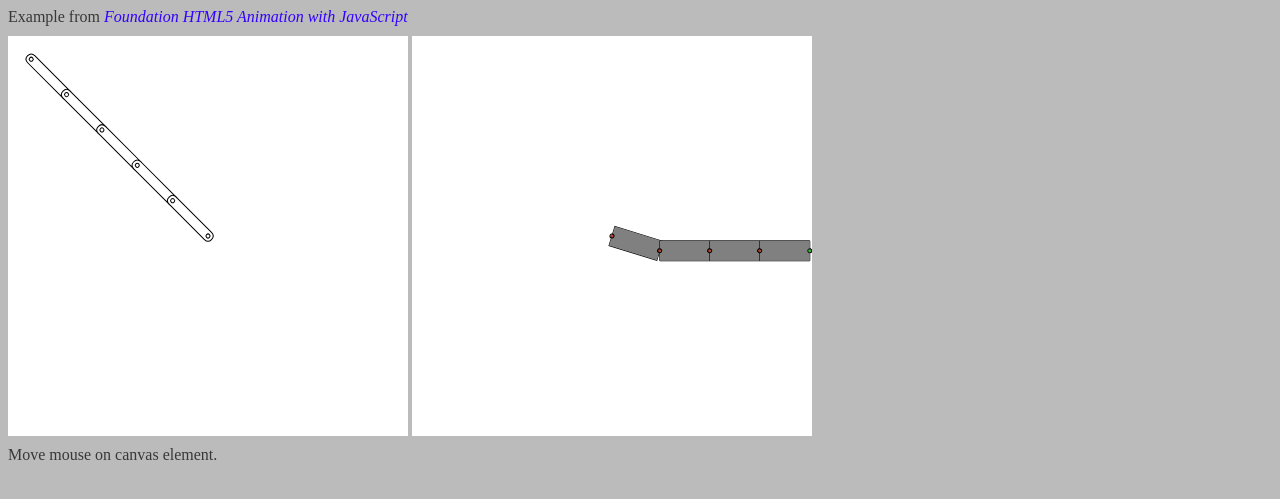
Repository: WebRTCGame/Kinematics-Character
Page: msr.html
The author's editor kept a record of every edit. The page is drawn from the files as they stood at one moment, then again after the next edit.
The browser window is 1280 px wide. The pictures show the whole page.

Above is the page before.

### msr.html
<!doctype html>
<html>

<head>
  <meta charset="utf-8">

  <link rel="stylesheet" href="./css/style.css">
</head>

<body>
  <header>
    Example from <a href="http://amzn.com/1430236655?tag=html5anim-20"><em>Foundation HTML5 Animation with JavaScript</em></a>
  </header>
  <canvas id="canvas" width="400" height="400"></canvas>
  <canvas id="canvas2" width="400" height="400"></canvas>
  <aside>Move mouse on canvas element.</aside>

  <script src="../js/utils.js"></script>
  <script src="./js/segment.js"></script>
  <script src="./js/bone.js"></script>
  <script src="./js/renderer.js"></script>
  <script>
    document.addEventListener("DOMContentLoaded", function() {
      console.log("loaded");
      console.log("started");
      var bone = new Bone("fred");
      //bone.x = 200;
      //bone.y = 200;
      //bone.rotation = Math.PI;

      bone.addChild(new Bone("angel")).addChild(new Bone("meeow")).addChild(new Bone("meeow2"));
      //bone.children.get("angel").addChild(new Bone("meeow"));
      //bone.getChild("angel").addChild(new Bone("aa1")).addChild(new Bone("aa2")).addChild(new Bone("aa3"));
      //bone.addChild(new Bone("wilma")).addChild(new Bone("fart"));
      bone.log();
      bone.translate(200, 200);
      var canvas2 = document.getElementById('canvas2'),
        context2 = canvas2.getContext('2d');
      bone.draw(context2);

      var canvas = document.getElementById('canvas'),
        context = canvas.getContext('2d'),
        mouse = utils.captureMouse(canvas),
        segments = [],
        numSegments = 5,
        target;

      while (numSegments--) {
        segments.push(new Segment(50, 10));
      }

      //center the last one
      segments[segments.length - 1].x = canvas.width / 2;
      segments[segments.length - 1].y = canvas.height / 2;

      function reach(segment, xpos, ypos) {
        var dx = xpos - segment.x,
          dy = ypos - segment.y;
        segment.rotation = Math.atan2(dy, dx);
        var w = segment.getPin().x - segment.x,
          h = segment.getPin().y - segment.y;
        return {
          x: xpos - w,
          y: ypos - h
        };
      }

      function position(segmentA, segmentB) {
        segmentA.x = segmentB.getPin().x;
        segmentA.y = segmentB.getPin().y;
      }

      function move(segment, i) {
        if (i !== 0) {
          target = reach(segment, target.x, target.y);
          position(segments[i - 1], segment);
        }
      }

      function draw(segment) {
        segment.draw(context);
      }

      function drawFrame() {
        window.requestAnimationFrame(drawFrame, canvas);
        context.clearRect(0, 0, canvas.width, canvas.height);

        target = reach(segments[0], mouse.x, mouse.y);
        segments.forEach(move);

        segments.forEach(draw);

        context2.clearRect(0, 0, canvas2.width, canvas2.height);

        bone.draw(context2);
        bone.rotation += 0.001;
        bone.pinChildren();
      };
      drawFrame();
    })
  </script>
</body>

</html>

### css/style.css
/* Some HTML5 Tags
 */

aside, footer, header, nav, section {
  display: block;
}

/* Examples
 */

body {
  background-color: #bbb;
  color: #383838;
}

#canvas {
  background-color: #fff;
}
#canvas2 {
  background-color: #fff;
}

header {
  padding-bottom: 10px;
}

header a {
  color: #30f;
  text-decoration: none;
}

aside {
  padding-top: 6px;
}

/* Index page
 */

#index-body {
  background-color: #fdeba1;
  font-family: "Vollkorn", serif;
  color: #000;
}

#index-body a {
  text-decoration: none;
  color: #b30300;
}

#index-body #description, #index-body #exercises {
  overflow: auto;
  max-width: 900px;
  margin: 0px auto 20px auto;
  padding-left: 15px;
  padding-bottom: 15px;
  background-color: #fff;
  border-radius: 15px;
}

#index-body #description {
  margin-top: 40px;
}

#index-body h1 {
  color: #b30300;
}

#index-body #description h2 {
  margin-bottom: 0;
}

#index-body h1 a {
  text-decoration: underline;
  color: #b30300;
}

#index-body li h2, #index-body li h3, #index-body li h4 {
  color: #000;
}

#index-body li h3 {
  margin-bottom: 0px;
}

#index-body #description ul {
  margin: 0;
  padding: 0;
  list-style-type: none;
}

#index-body #description ul li {
 padding-bottom: 0.6em;
}
.container {
  display: table;
  width: 100%;
  height: auto;
}
.container .text {
    display:table-cell;
    height:100%;
    vertical-align:middle;
}
.container img {
  padding: 0 20px;
  display: block;
  float: right;
}
.container .clear {
  clear: both;
}

#exercises ul {
  margin: 0;
  padding: 4px 20px 10px 20px;
}

#exercises ol {
  margin: 0 20px 10px 0;
  padding: 0;
  list-style-type: none;
}

#exercises ol li {
  padding-top: 5px;
}

#exercises ol ol ol {
  padding-left: 60px;
  list-style-type: decimal-leading-zero;
}

#exercises ol ol ol li img, #exercises ol ol li img {
  margin-left: 4px;
  margin-bottom: -10;
}

#exercises h2 {
  margin: 10px 0 0 0;
}

### js/utils.js
/**
 * Normalize the browser animation API across implementations. This requests
 * the browser to schedule a repaint of the window for the next animation frame.
 * Checks for cross-browser support, and, failing to find it, falls back to setTimeout.
 * @param {function}    callback  Function to call when it's time to update your animation for the next repaint.
 * @param {HTMLElement} element   Optional parameter specifying the element that visually bounds the entire animation.
 * @return {number} Animation frame request.
 */
if (!window.requestAnimationFrame) {
  window.requestAnimationFrame = (window.webkitRequestAnimationFrame ||
                                  window.mozRequestAnimationFrame ||
                                  window.msRequestAnimationFrame ||
                                  window.oRequestAnimationFrame ||
                                  function (callback) {
                                    return window.setTimeout(callback, 17 /*~ 1000/60*/);
                                  });
}

/**
 * ERRATA: 'cancelRequestAnimationFrame' renamed to 'cancelAnimationFrame' to reflect an update to the W3C Animation-Timing Spec.
 *
 * Cancels an animation frame request.
 * Checks for cross-browser support, falls back to clearTimeout.
 * @param {number}  Animation frame request.
 */
if (!window.cancelAnimationFrame) {
  window.cancelAnimationFrame = (window.cancelRequestAnimationFrame ||
                                 window.webkitCancelAnimationFrame || window.webkitCancelRequestAnimationFrame ||
                                 window.mozCancelAnimationFrame || window.mozCancelRequestAnimationFrame ||
                                 window.msCancelAnimationFrame || window.msCancelRequestAnimationFrame ||
                                 window.oCancelAnimationFrame || window.oCancelRequestAnimationFrame ||
                                 window.clearTimeout);
}

/* Object that contains our utility functions.
 * Attached to the window object which acts as the global namespace.
 */
window.utils = {};

/**
 * Keeps track of the current mouse position, relative to an element.
 * @param {HTMLElement} element
 * @return {object} Contains properties: x, y, event
 */
window.utils.captureMouse = function (element) {
  var mouse = {x: 0, y: 0, event: null},
      body_scrollLeft = document.body.scrollLeft,
      element_scrollLeft = document.documentElement.scrollLeft,
      body_scrollTop = document.body.scrollTop,
      element_scrollTop = document.documentElement.scrollTop,
      offsetLeft = element.offsetLeft,
      offsetTop = element.offsetTop;

  element.addEventListener('mousemove', function (event) {
    var x, y;

    if (event.pageX || event.pageY) {
      x = event.pageX;
      y = event.pageY;
    } else {
      x = event.clientX + body_scrollLeft + element_scrollLeft;
      y = event.clientY + body_scrollTop + element_scrollTop;
    }
    x -= offsetLeft;
    y -= offsetTop;

    mouse.x = x;
    mouse.y = y;
    mouse.event = event;
  }, false);

  return mouse;
};

/**
 * Keeps track of the current (first) touch position, relative to an element.
 * @param {HTMLElement} element
 * @return {object} Contains properties: x, y, isPressed, event
 */
window.utils.captureTouch = function (element) {
  var touch = {x: null, y: null, isPressed: false, event: null},
      body_scrollLeft = document.body.scrollLeft,
      element_scrollLeft = document.documentElement.scrollLeft,
      body_scrollTop = document.body.scrollTop,
      element_scrollTop = document.documentElement.scrollTop,
      offsetLeft = element.offsetLeft,
      offsetTop = element.offsetTop;

  element.addEventListener('touchstart', function (event) {
    touch.isPressed = true;
    touch.event = event;
  }, false);

  element.addEventListener('touchend', function (event) {
    touch.isPressed = false;
    touch.x = null;
    touch.y = null;
    touch.event = event;
  }, false);

  element.addEventListener('touchmove', function (event) {
    var x, y,
        touch_event = event.touches[0]; //first touch

    if (touch_event.pageX || touch_event.pageY) {
      x = touch_event.pageX;
      y = touch_event.pageY;
    } else {
      x = touch_event.clientX + body_scrollLeft + element_scrollLeft;
      y = touch_event.clientY + body_scrollTop + element_scrollTop;
    }
    x -= offsetLeft;
    y -= offsetTop;

    touch.x = x;
    touch.y = y;
    touch.event = event;
  }, false);

  return touch;
};

/**
 * Returns a color in the format: '#RRGGBB', or as a hex number if specified.
 * @param {number|string} color
 * @param {boolean=}      toNumber=false  Return color as a hex number.
 * @return {string|number}
 */
window.utils.parseColor = function (color, toNumber) {
  if (toNumber === true) {
    if (typeof color === 'number') {
      return (color | 0); //chop off decimal
    }
    if (typeof color === 'string' && color[0] === '#') {
      color = color.slice(1);
    }
    return window.parseInt(color, 16);
  } else {
    if (typeof color === 'number') {
      color = '#' + ('00000' + (color | 0).toString(16)).substr(-6); //pad
    }
    return color;
  }
};

/**
 * Converts a color to the RGB string format: 'rgb(r,g,b)' or 'rgba(r,g,b,a)'
 * @param {number|string} color
 * @param {number}        alpha
 * @return {string}
 */
window.utils.colorToRGB = function (color, alpha) {
  //number in octal format or string prefixed with #
  if (typeof color === 'string' && color[0] === '#') {
    color = window.parseInt(color.slice(1), 16);
  }
  alpha = (alpha === undefined) ? 1 : alpha;
  //parse hex values
  var r = color >> 16 & 0xff,
      g = color >> 8 & 0xff,
      b = color & 0xff,
      a = (alpha < 0) ? 0 : ((alpha > 1) ? 1 : alpha);
  //only use 'rgba' if needed
  if (a === 1) {
    return "rgb("+ r +","+ g +","+ b +")";
  } else {
    return "rgba("+ r +","+ g +","+ b +","+ a +")";
  }
};

/**
 * Determine if a rectangle contains the coordinates (x,y) within it's boundaries.
 * @param {object}  rect  Object with properties: x, y, width, height.
 * @param {number}  x     Coordinate position x.
 * @param {number}  y     Coordinate position y.
 * @return {boolean}
 */
window.utils.containsPoint = function (rect, x, y) {
  return !(x < rect.x ||
           x > rect.x + rect.width ||
           y < rect.y ||
           y > rect.y + rect.height);
};

/**
 * Determine if two rectangles overlap.
 * @param {object}  rectA Object with properties: x, y, width, height.
 * @param {object}  rectB Object with properties: x, y, width, height.
 * @return {boolean}
 */
window.utils.intersects = function (rectA, rectB) {
  return !(rectA.x + rectA.width < rectB.x ||
           rectB.x + rectB.width < rectA.x ||
           rectA.y + rectA.height < rectB.y ||
           rectB.y + rectB.height < rectA.y);
};

window.utils.generateUUID = function() {
    var d = new Date().getTime();
    var uuid = 'xxxxxxxx-xxxx-4xxx-yxxx-xxxxxxxxxxxx'.replace(/[xy]/g, function(c) {
        var r = (d + Math.random()*16)%16 | 0;
        d = Math.floor(d/16);
        return (c=='x' ? r : (r&0x3|0x8)).toString(16);
    });
    return uuid;
};

### js/segment.js
function Segment (width, height, color) {
  this.x = 0;
  this.y = 0;
  this.width = width;
  this.height = height;
  this.vx = 0;
  this.vy = 0;
  this.rotation = 0;
  this.scaleX = 1;
  this.scaleY = 1;
  this.color = (color === undefined) ? "#ffffff" : utils.parseColor(color);
  this.lineWidth = 1;
}

Segment.prototype.draw = function (context) {
  var h = this.height,
      d = this.width + h, //top-right diagonal
      cr = h / 2;         //corner radius
  context.save();
  context.translate(this.x, this.y);
  context.rotate(this.rotation);
  context.scale(this.scaleX, this.scaleY);
  context.lineWidth = this.lineWidth;
  context.fillStyle = this.color;
  context.beginPath();
  context.moveTo(0, -cr);
  context.lineTo(d-2*cr, -cr);
  context.quadraticCurveTo(-cr+d, -cr, -cr+d, 0);
  context.lineTo(-cr+d, h-2*cr);
  context.quadraticCurveTo(-cr+d, -cr+h, d-2*cr, -cr+h);
  context.lineTo(0, -cr+h);
  context.quadraticCurveTo(-cr, -cr+h, -cr, h-2*cr);
  context.lineTo(-cr, 0);
  context.quadraticCurveTo(-cr, -cr, 0, -cr);
  context.closePath();
  context.fill();
  if (this.lineWidth > 0) {
    context.stroke();
  }
  //draw the 2 "pins"
  context.beginPath();
  context.arc(0, 0, 2, 0, (Math.PI * 2), true);
  context.closePath();
  context.stroke();

  context.beginPath();
  context.arc(this.width, 0, 2, 0, (Math.PI * 2), true);
  context.closePath();
  context.stroke();

  context.restore();
};

Segment.prototype.getPin = function () {
  return {
    x: this.x + Math.cos(this.rotation) * this.width,
    y: this.y + Math.sin(this.rotation) * this.width
  };
};

### js/bone.js
function Bone(name, zIndex) {
    if (name === undefined) {
        this.name = window.utils.generateUUID();
    }
    else {
        this.name = name;
    }

    this.children = new Map();

    this.parent = undefined;
    this.x = 0;
    this.y = 0;
    this.girth = 20;
    this.length = 50;
    this.vx = 0;
    this.vy = 0;
    this.rotation = 0;
    this.scaleX = 1;
    this.scaleY = 1;
    this.zIndex = zIndex || 0;
    return this;
};
Bone.prototype.isRoot = function() {
    return this.parent === undefined;
};
Bone.prototype.has = function(childName) {
    return this.children.has(childName);
};
Bone.prototype.pinX = function() {
    return this.x + Math.cos(this.rotation) * this.length;
};
Bone.prototype.pinY = function() {
    return this.y + Math.sin(this.rotation) * this.length;
};
Bone.prototype.getPin = function() {
    return {
        x: this.pinX(),
        y: this.pinY()
    };
};
Bone.prototype.addChild = function(child) {
    this.children.set(child.name, child);
    var tbone = this.children.get(child.name);
    tbone.parent = this;
    //console.log("added " + tbone.name + " to " + this.name + " Size: " + this.children.size);
    tbone.x = this.pinX();
    tbone.y = this.pinY();
    return tbone;
};
Bone.prototype.getChildren = function() {
    return this.children;
};
Bone.prototype.getChild = function(childName) {
    'use strict';
    if(this.name === childName){return this;}
    if (this.children.has(childName)) {
        return this.children.get(childName);
    }
    else {
        var retBone = undefined;
        if (this.children.has(childName)) {
            return this.children.get(childName);
        }
        else {
            this.children.forEach(function(value, key, map) {
                console.log("V: " + value + " K: " + key + " M: " + JSON.stringify(map));
                map.forEach(function(mvalue, mkey, mmap) {
                    console.log("mV: " + mvalue + " mK: " + mkey + " mM: " + JSON.stringify(mmap));
                })
            })
        }




    }
};
Bone.prototype.test = function(fn){
    this.children.forEach(fn);
};
Bone.prototype.addSibling = function(theBone){
    if (this.parent !== undefined){
        this.parent.addChild(theBone);
    }
    return this;
};
Bone.prototype.getChildrenNames = function() {
    return this.children.keys();
};
Bone.prototype.childExists = function(child_key) {
    return this.children.has(child_key);
};
Bone.prototype.childExistsR = function(child_key) {

    var retval = false;
    this.forKeysR(function(key) {

        if (key === child_key) {
            retval = true;
            return;
        }
    })
    return retval;
};
Bone.prototype.removeChild = function(child_key) {
    this.children.delete(child_key);
    return this;
};
Bone.prototype.removeAll = function() {
    this.children.clear();
    return this;
};
Bone.prototype.forEachChild = function(cbFnc) {
    this.children.forEach(cbFnc, this.children);
};
Bone.prototype.forEachChild2 = function(cbFnc, thisValue) {
    this.children.forEach(cbFnc, thisValue);
};
Bone.prototype.forKeys = function(cbFnc) {
    'use strict';
    for (let key of this.children.keys()) {
        cbFnc(key);
    }
    return this;
};
Bone.prototype.forKeysR = function(cbFnc) {
    'use strict';
    for (let key of this.children.keys()) {
        cbFnc(key);
        this.getChild(key).forKeysR(cbFnc);
    }
    return this;
};

Bone.prototype.forValues = function(cbFnc) {
    'use strict';
    for (let value of this.children.values()) {
        cbFnc(value);
    }
    return this;
};
Bone.prototype.forItems = function(cbFnc) {
    'use strict';
    for (let item of this.children) {
        cbFnc(item[0], item[1]);
    }
};
Bone.prototype.translateChildren = function() {
    for (var child of this.children.values()) {
        child.x = this.pinX();
        child.y = this.pinY();
    }
    return this;
};
Bone.prototype.hasChildren = function() {
    return this.children.size > 0;
};
Bone.prototype.reach = function(xPos, yPos) {
    var dx = xPos - this.x,
        dy = yPos - this.y;
    this.rotation = Math.atan2(dx, dy);
    var w = this.pinX() - this.x,
        h = this.pinY() - this.y;
    return {
        x: xPos - w,
        y: yPos - h
    };
    return this;
}
Bone.prototype.log = function() {
    console.log("--");
    if (this.parent !== undefined) {
        console.log(this.name + " parent: " + this.parent.name);
    }
    else {
        console.log(this.name);
    }

    var self = this;
    self.children.forEach(function(value, key) {
        var a = self.children.get(key);
        a.log();

    }, self.children);
    return this;
};

Bone.prototype.draw = function(ctx) {
    var self = this;

    ctx.save();
    ctx.translate(this.x, this.y);
    ctx.rotate(this.rotation);
    ctx.scale(this.scaleX, this.scaleY);
    ctx.lineWidth = 1;

    ctx.rect(0, 0 - (this.girth / 2), this.length, this.girth);
    ctx.fillStyle = 'rgba(128,128,128,1)';
    ctx.stroke();
    ctx.fill();

    ctx.fillStyle = "rgba(255,0,0,0.5)";
    ctx.beginPath();
    ctx.arc(0, 0, 2, 0, (Math.PI * 2), true);
    ctx.closePath();
    ctx.fill();
    ctx.stroke();


    ctx.fillStyle = "rgba(0,255,0,0.5)";
    ctx.beginPath();
    ctx.arc(this.length, 0, 2, 0, (Math.PI * 2), true);
    ctx.closePath();
    ctx.fill();
    ctx.stroke();
    ctx.restore();



    self.children.forEach(function(value, key) {
        var a = self.children.get(key);
        a.draw(ctx);

    }, self.children);
    return this;
};
Bone.prototype.pinChildren = function() {
    var self = this;

    self.children.forEach(function(value, key) {
        var a = self.children.get(key);
        if (a.parent !== undefined) {
            a.x = a.parent.pinX();
            a.y = a.parent.pinY();
            a.pinChildren();
        }
    }, self.children);
    return this;
};
Bone.prototype.translate = function(x, y) {
    var self = this;
    self.x = x;
    self.y = y;
    self.pinChildren();
    return this;
};
Bone.prototype.rotate = function(radians) {

};

### js/renderer.js
 window.renderer = {
     fps: 30,
     now: 0,
     then: 0,
     fpsInterval: 1000 / this.fps,
     delta: 0,
     canvas: undefined,
     ctx: undefined,
     init: function init(canvasElem /*, width, height */) {
         this.canvas = canvasElem;
         this.then = Date.now();
         this.fpsInterval = 1000 / this.fps;

         //this.canvas.style.height = '800px'; //document.body.clientHeight;
         //this.canvas.style.width = '800px'; //document.body.clientHeight;
         //this.canvas.width = 1600; //width;
         //this.canvas.height = 1600; //height;
         this.ctx = this.canvas.getContext("2d");
     }
 }

 /*
 document.addEventListener("DOMContentLoaded", function() {
    'use strict';
    Sim.renderer.init(document.getElementById("canvas"), 1600, 1600);

    sea.init();

    Sim.renderer.process = function process() {
        'use strict';
        window.requestAnimationFrame(window.renderer.process, window.renderer.canvas);


        window.renderer.now = Date.now();
        window.renderer.delta = window.renderer.now - window.renderer.then;

        if (window.renderer.delta > window.renderer.fpsInterval) {
            window.renderer.ctx.clearRect(0, 0, sea.width, sea.height);
            sea.update();

            window.renderer.then = window.renderer.now - (window.renderer.delta % window.renderer.fpsInterval);


        }

    };

    window.renderer.process();

});
*/

After the next edit:
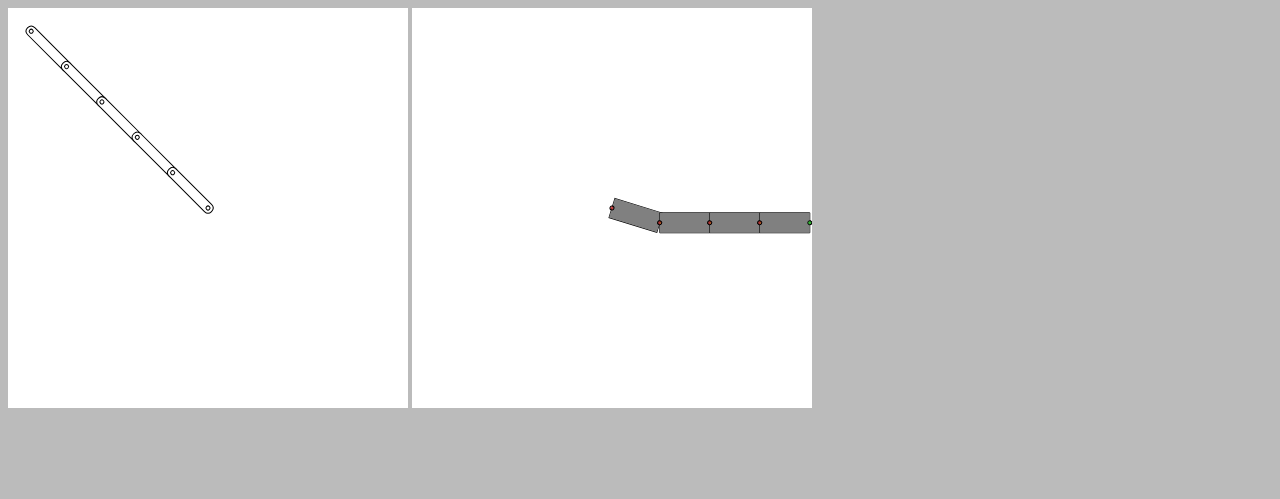
The edit:
--- a/msr.html
+++ b/msr.html
@@ -8,12 +8,10 @@
 </head>
 
 <body>
-  <header>
-    Example from <a href="http://amzn.com/1430236655?tag=html5anim-20"><em>Foundation HTML5 Animation with JavaScript</em></a>
-  </header>
+
   <canvas id="canvas" width="400" height="400"></canvas>
   <canvas id="canvas2" width="400" height="400"></canvas>
-  <aside>Move mouse on canvas element.</aside>
+
 
   <script src="../js/utils.js"></script>
   <script src="./js/segment.js"></script>
